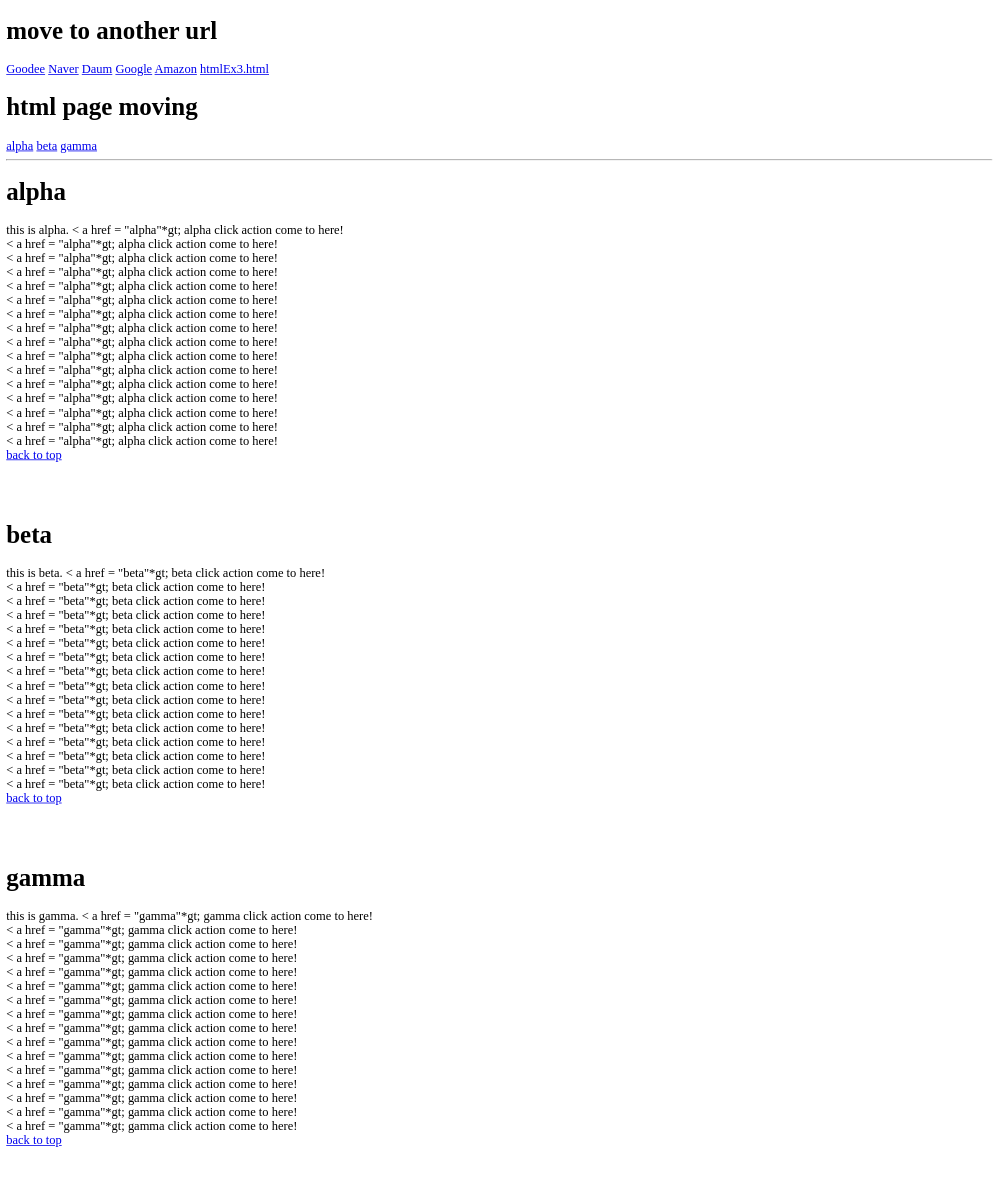
Repository: LucestDail/WebEclipse-Workspace
Page: htmlProject/WebContent/htmlEx4.html
An editor plug-in stored every save of this project. The page is shown before and after the next save, followed by the edit.
The browser window is 1280 px wide. The pictures show the whole page, at 78% of full size.

Above is the page before, as saved 2020-11-05 05:57:15.

After the next save:
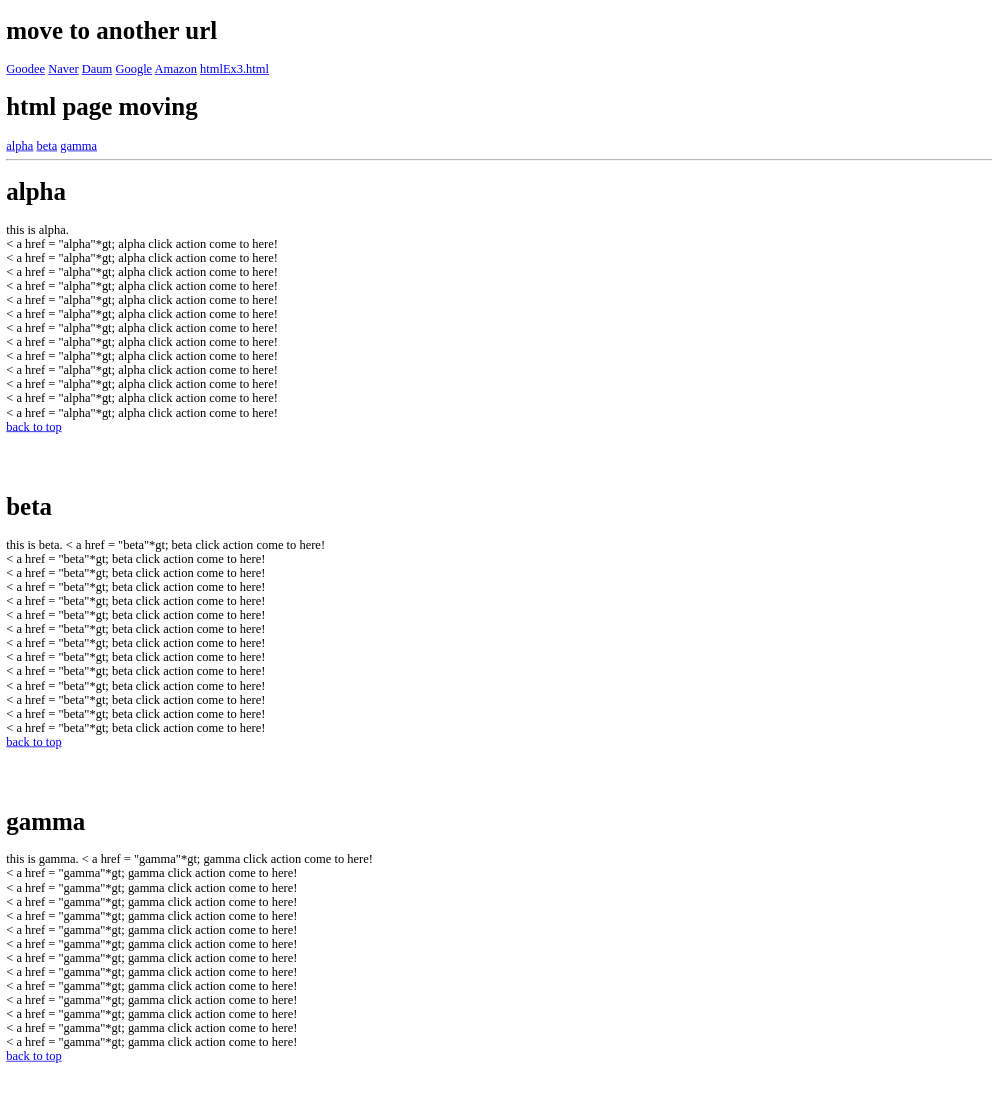
Saved 51 s later.
--- a/htmlProject/WebContent/htmlEx4.html
+++ b/htmlProject/WebContent/htmlEx4.html
@@ -19,10 +19,7 @@
 <a href = "#gamma">gamma</a>
 <hr>
 <h1 id = "alpha"> alpha</h1>
-<p> this is alpha.
-&lt; a href = "alpha"*gt; alpha click action come to here!<br>
-&lt; a href = "alpha"*gt; alpha click action come to here!<br>
-&lt; a href = "alpha"*gt; alpha click action come to here!<br>
+<p> this is alpha.<br>
 &lt; a href = "alpha"*gt; alpha click action come to here!<br>
 &lt; a href = "alpha"*gt; alpha click action come to here!<br>
 &lt; a href = "alpha"*gt; alpha click action come to here!<br>
@@ -39,8 +36,6 @@
 <a href = "#top"> back to top</a><br><br><br><br>
 <h1 id = "beta">beta</h1>
 <p> this is beta.
-&lt; a href = "beta"*gt; beta click action come to here!<br>
-&lt; a href = "beta"*gt; beta click action come to here!<br>
 &lt; a href = "beta"*gt; beta click action come to here!<br>
 &lt; a href = "beta"*gt; beta click action come to here!<br>
 &lt; a href = "beta"*gt; beta click action come to here!<br>
@@ -72,8 +67,6 @@
 &lt; a href = "gamma"*gt; gamma click action come to here!<br>
 &lt; a href = "gamma"*gt; gamma click action come to here!<br>
 &lt; a href = "gamma"*gt; gamma click action come to here!<br>
-&lt; a href = "gamma"*gt; gamma click action come to here!<br>
-&lt; a href = "gamma"*gt; gamma click action come to here!<br>
 <a href = "#top"> back to top</a><br><br><br><br>
 </body>
 </html>
